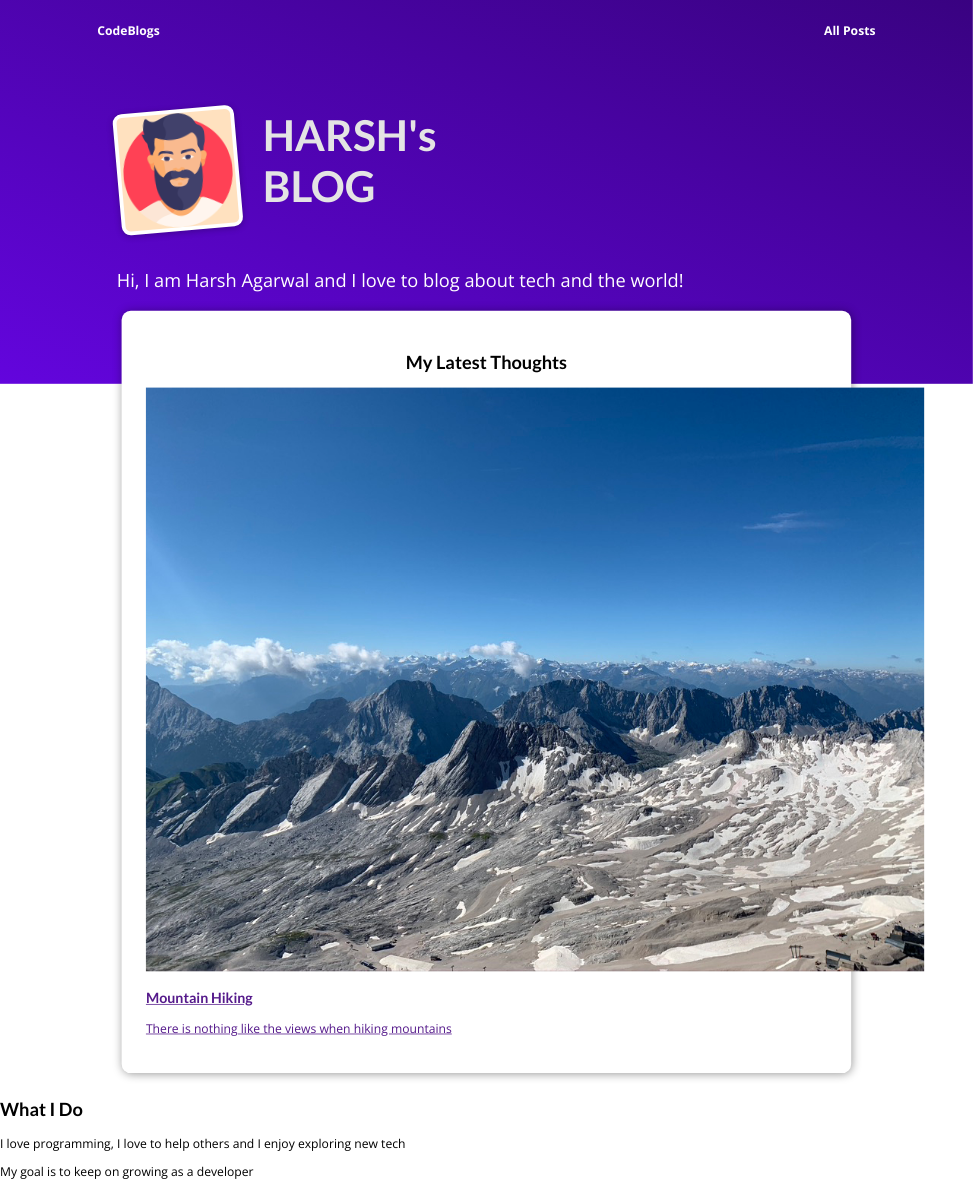
Repository: harshagr64/codeblogs
Page: blog/templates/blog/index.html
An editor plug-in stored every save of this project. The page is shown before and after the next save, followed by the edit.
The browser window is 1280 px wide. The pictures show the whole page, at 76% of full size.
The page is served by the project's application, run on Django 3.2 (manage.py). The template is opened directly, without the code that normally fills it, so the values that code supplies are empty.

Above is the page before, as saved 2021-08-21 10:48:25.

After the next save:
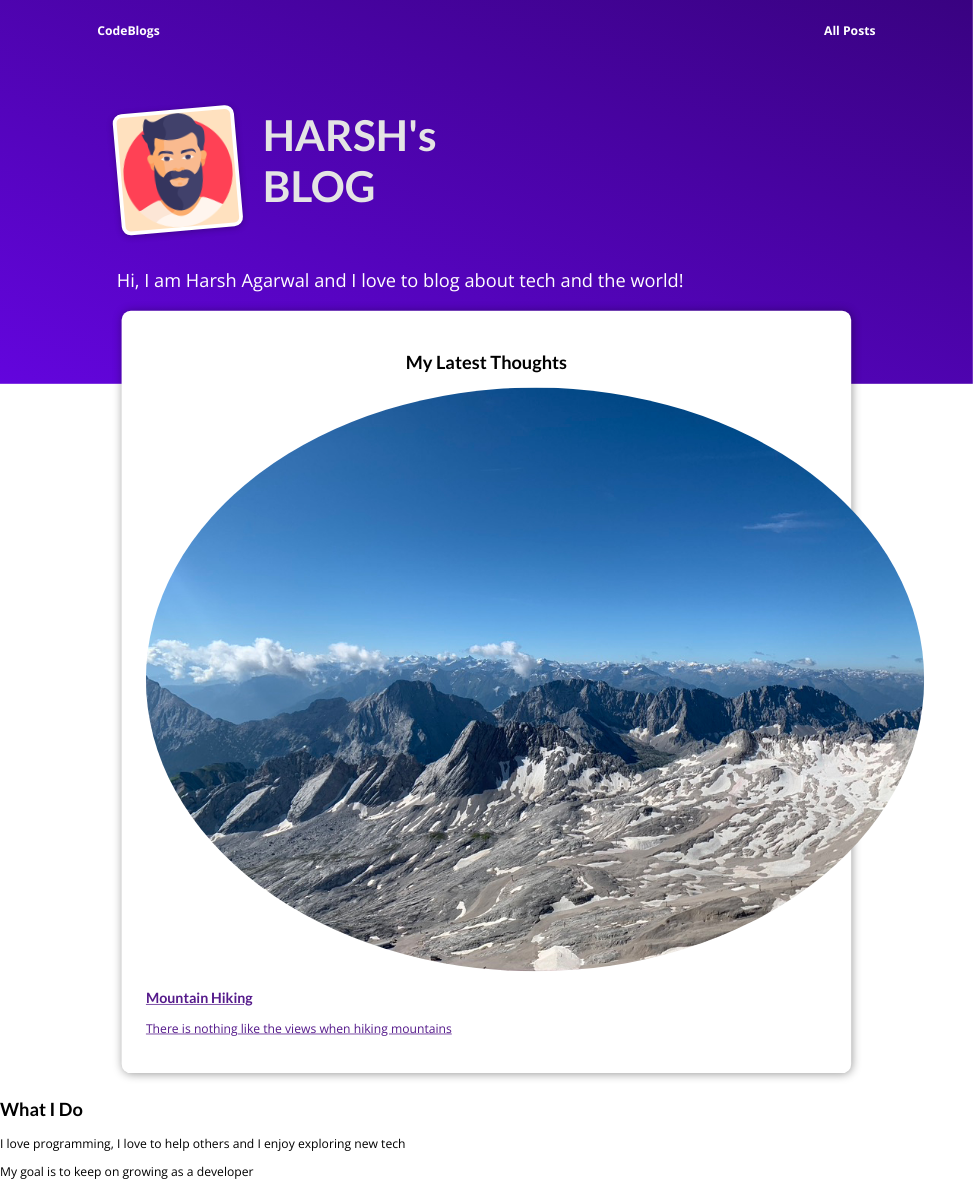
Saved 11 s later.
--- a/codeblogs/blog/static/blog/index.css
+++ b/codeblogs/blog/static/blog/index.css
@@ -58,7 +58,7 @@
     flex: 1;
   }
   #latest-posts li a img{
-      width: ;
+      border-radius: 50%;
   }
 
   #about {
